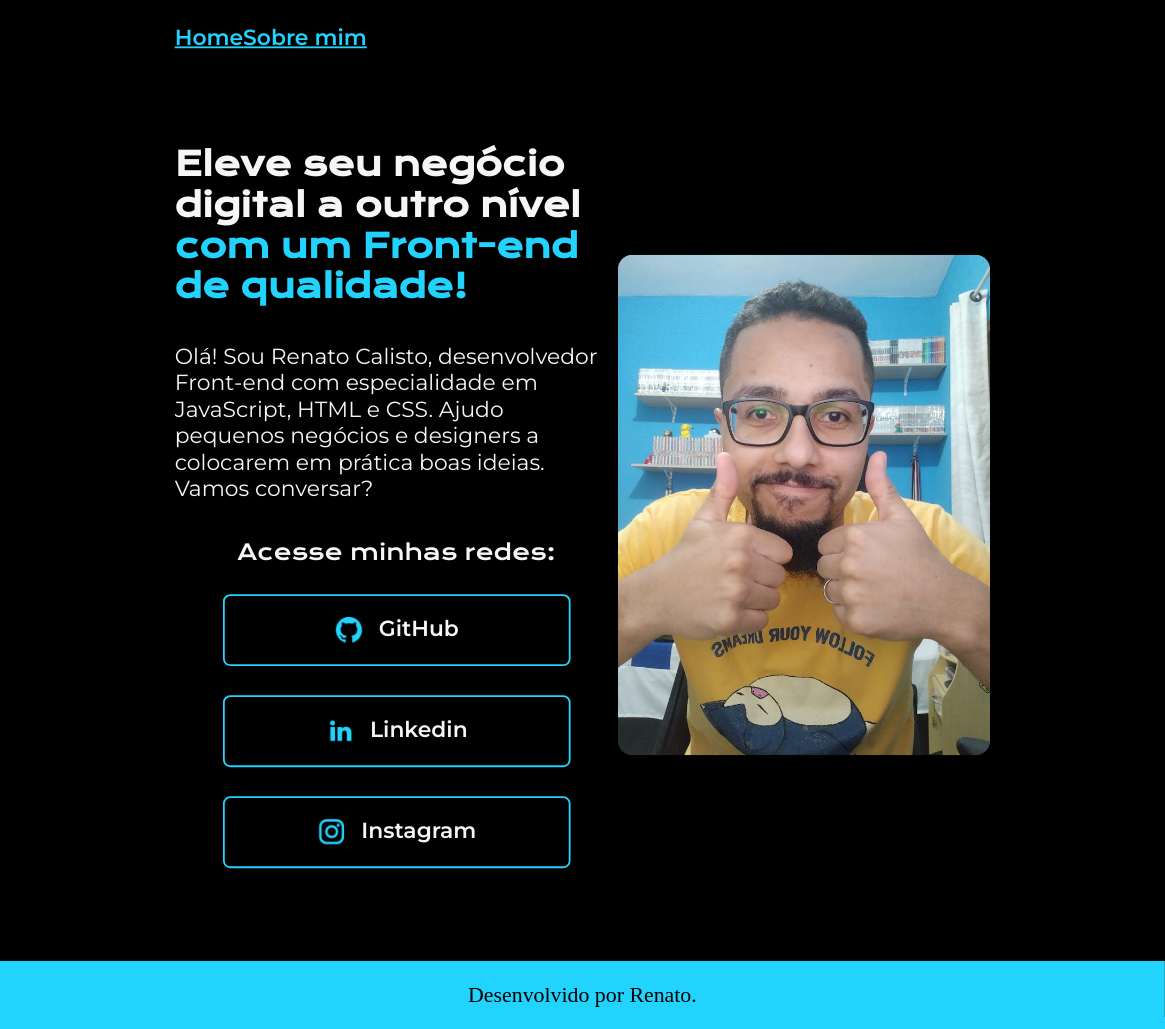
Repository: RenatoCCS/Portfolio_Alura
Page: index.html
The author's editor kept a copy of each file at every save. The page is drawn from the files as they stood at one save, then again after the next save.
The browser window is 1280 px wide. The pictures show the whole page, at 91% of full size.

Above is the page before, as saved 2023-03-02 17:02:13.

After the next save:
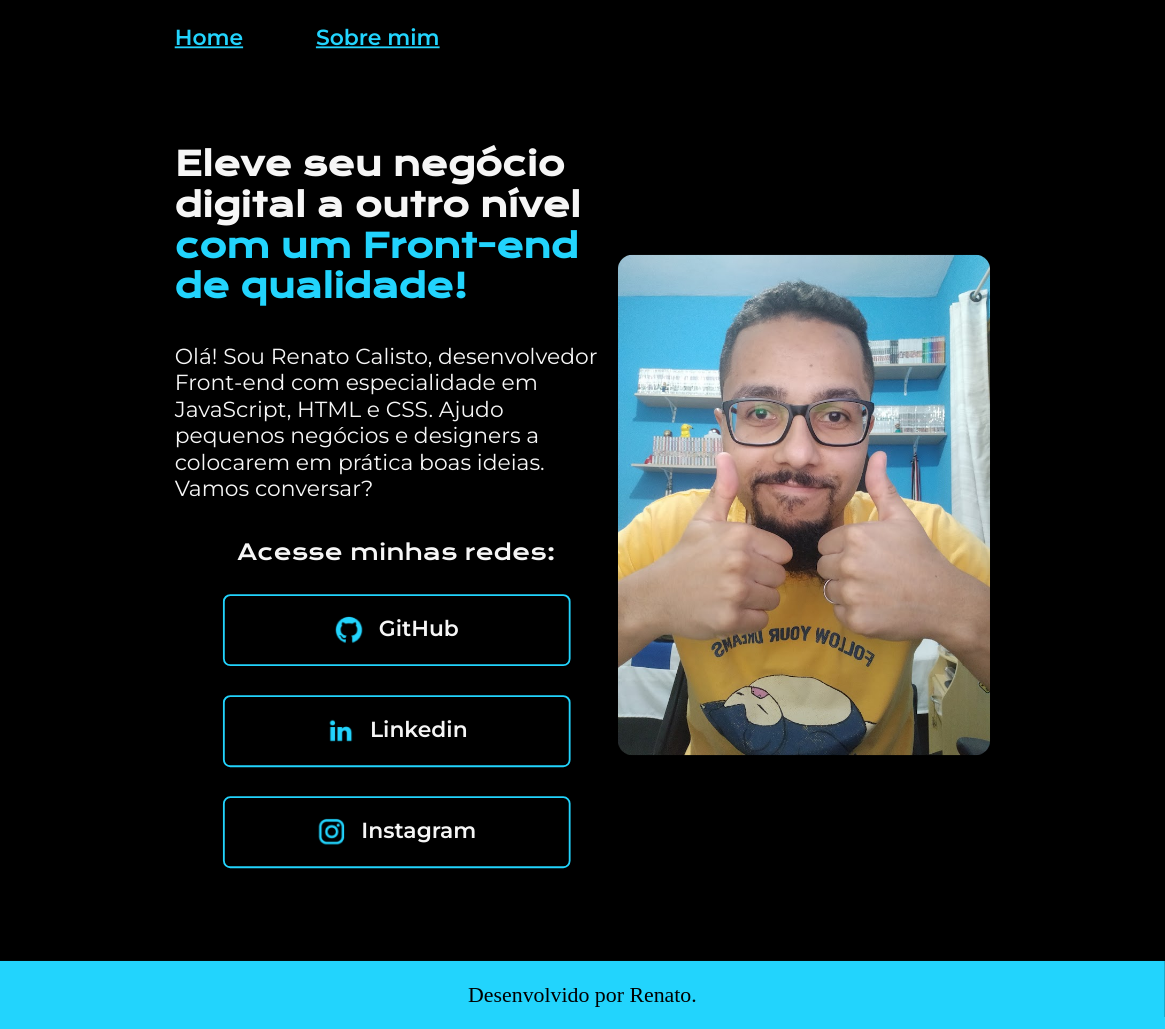
Saved 6 s later.
--- a/style.css
+++ b/style.css
@@ -18,7 +18,7 @@ body {
 
 .cabecalho__menu {
   display: flex;
-  gap: ;
+  gap: 80px;
 }
 
 .cabecalho__menu__link {
